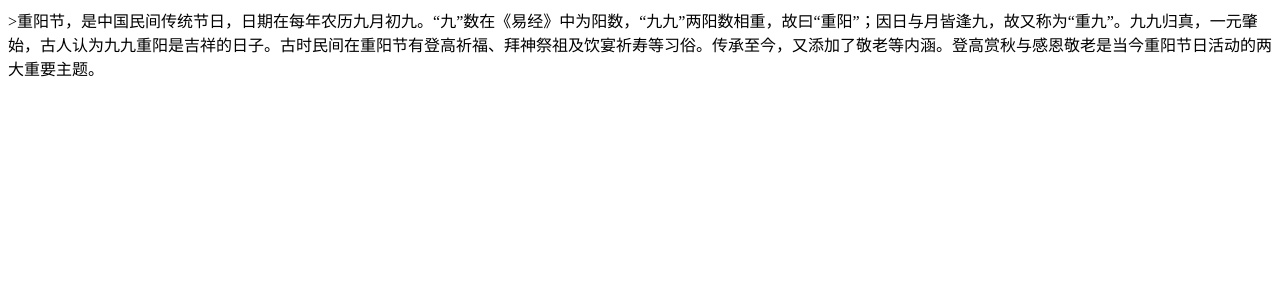
Repository: XueJie1/computer-operation-basics
Page: pages/doubleninthfes/introduction.html
The author's editor kept a copy of each file at every save. The page is drawn from the files as they stood at one save, then again after the next save.
The browser window is 1280 px wide. The pictures show the whole page.

Above is the page before, as saved 2023-09-05 14:02:40.

After the next save:
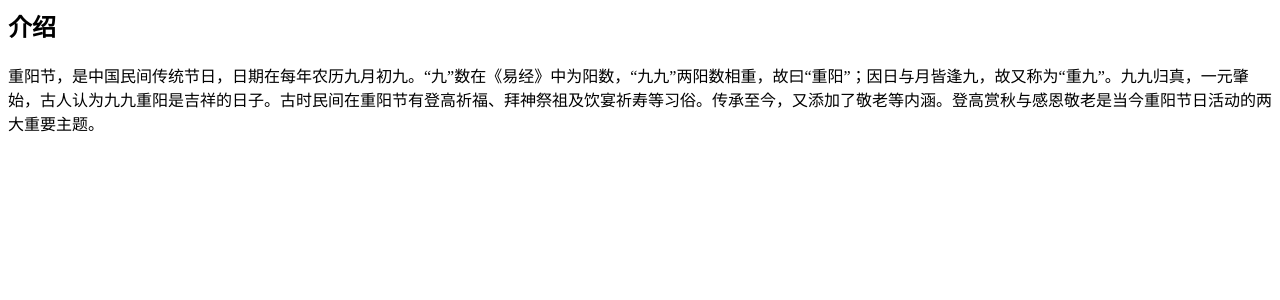
Saved 15 s later.
--- a/pages/doubleninthfes/introduction.html
+++ b/pages/doubleninthfes/introduction.html
@@ -1,2 +1,3 @@
-<p>>重阳节，是中国民间传统节日，日期在每年农历九月初九。“九”数在《易经》中为阳数，“九九”两阳数相重，故曰“重阳”；因日与月皆逢九，故又称为“重九”。九九归真，一元肇始，古人认为九九重阳是吉祥的日子。古时民间在重阳节有登高祈福、拜神祭祖及饮宴祈寿等习俗。传承至今，又添加了敬老等内涵。登高赏秋与感恩敬老是当今重阳节日活动的两大重要主题。
+<h2>介绍</h2>
+<p>重阳节，是中国民间传统节日，日期在每年农历九月初九。“九”数在《易经》中为阳数，“九九”两阳数相重，故曰“重阳”；因日与月皆逢九，故又称为“重九”。九九归真，一元肇始，古人认为九九重阳是吉祥的日子。古时民间在重阳节有登高祈福、拜神祭祖及饮宴祈寿等习俗。传承至今，又添加了敬老等内涵。登高赏秋与感恩敬老是当今重阳节日活动的两大重要主题。
 </p>
